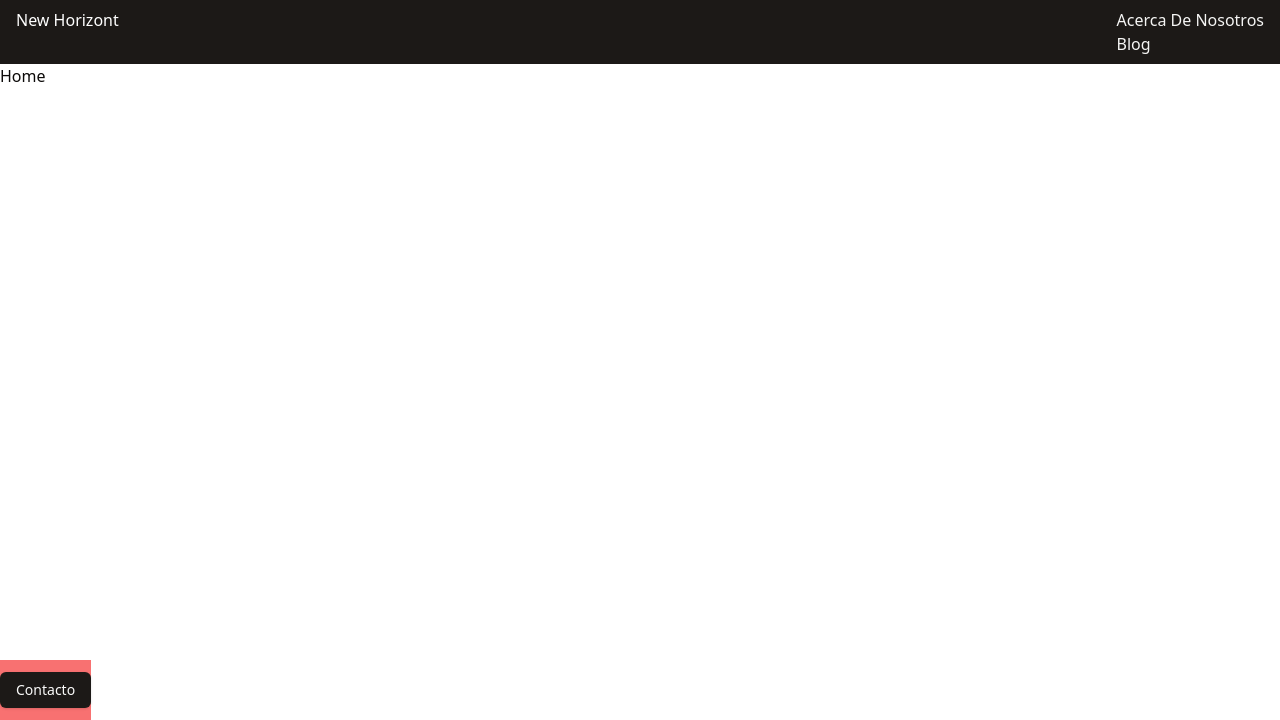
Repository: jefrydep/new-horizont-school
Page: /
These files come from the project's save history. The page is drawn as it stood at one moment and after a run of saves; the edit follows.
The browser window is 1280 px wide. The pictures show the whole page.
The project was rebuilt for these pictures with package versions that can differ from the ones it lists, and the page was loaded fresh each time. The framework's server and built-in components were replaced by stand-ins that run in the browser. Also part of the build but not shown: next.config.ts.

Above is the page before, as saved 2024-11-07 17:32:51.

### src/app/(new-horizont-school)/layout.tsx
// import type { Metadata } from "next";
// import localFont from "next/font/local";

import Navbar from "@/components/Navbar";

// const geistSans = localFont({
//   src: "./fonts/GeistVF.woff",
//   variable: "--font-geist-sans",
//   weight: "100 900",
// });
// const geistMono = localFont({
//   src: "./fonts/GeistMonoVF.woff",
//   variable: "--font-geist-mono",
//   weight: "100 900",
// });

// export const metadata: Metadata = {
//   title: "Create Next App",
//   description: "Generated by create next app",
// };

export default function SchoolLayout({
  children,
}: Readonly<{
  children: React.ReactNode;
}>) {
  return (
    <html lang="en">
      <body
      // className={`${geistSans.variable} ${geistMono.variable} antialiased`}
      >
        {children}
      </body>
    </html>
  );
}

### src/app/layout.tsx
import type { Metadata } from "next";
import localFont from "next/font/local";
import "./globals.css";
import Navbar from "@/components/Navbar";
import { Button } from "@/components/ui/button";

const geistSans = localFont({
  src: "./fonts/GeistVF.woff",
  variable: "--font-geist-sans",
  weight: "100 900",
});
const geistMono = localFont({
  src: "./fonts/GeistMonoVF.woff",
  variable: "--font-geist-mono",
  weight: "100 900",
});

export const metadata: Metadata = {
  title: "Create Next App",
  description: "Generated by create next app",
};

export default function RootLayout({
  children,
}: Readonly<{
  children: React.ReactNode;
}>) {
  return (
    <html lang="en">
      <body
        className={`   ${geistSans.variable} ${geistMono.variable} antialiased`}
      >
        <Navbar />
        {children}
        <div className=" bg-red-400 flex justify-center py-3 absolute bottom-0">
          <Button>Contacto</Button>
        </div>
        {/* <div className="absolute bg-red-400 bottom-0 left-1/2 transform -translate-x-1/2 mb-4">
          <Button>Contacto</Button>
        </div> */}
      </body>
    </html>
  );
}

### src/app/globals.css
@tailwind base;
@tailwind components;
@tailwind utilities;

/* :root {
  --background: #ffffff;
  --foreground: #171717;
}

@media (prefers-color-scheme: dark) {
  :root {
    --background: #0a0a0a;
    --foreground: #ededed;
  }
}

body {
  color: var(--foreground);
  background: var(--background);
  font-family: Arial, Helvetica, sans-serif;
} */
@layer base {
  :root {
    --background: 0 0% 100%;
    --foreground: 20 14.3% 4.1%;
    --card: 0 0% 100%;
    --card-foreground: 20 14.3% 4.1%;
    --popover: 0 0% 100%;
    --popover-foreground: 20 14.3% 4.1%;
    --primary: 24 9.8% 10%;
    --primary-foreground: 60 9.1% 97.8%;
    --secondary: 60 4.8% 95.9%;
    --secondary-foreground: 24 9.8% 10%;
    --muted: 60 4.8% 95.9%;
    --muted-foreground: 25 5.3% 44.7%;
    --accent: 60 4.8% 95.9%;
    --accent-foreground: 24 9.8% 10%;
    --destructive: 0 84.2% 60.2%;
    --destructive-foreground: 60 9.1% 97.8%;
    --border: 20 5.9% 90%;
    --input: 20 5.9% 90%;
    --ring: 20 14.3% 4.1%;
    --chart-1: 12 76% 61%;
    --chart-2: 173 58% 39%;
    --chart-3: 197 37% 24%;
    --chart-4: 43 74% 66%;
    --chart-5: 27 87% 67%;
    --radius: 0.5rem
  }
  .dark {
    --background: 20 14.3% 4.1%;
    --foreground: 60 9.1% 97.8%;
    --card: 20 14.3% 4.1%;
    --card-foreground: 60 9.1% 97.8%;
    --popover: 20 14.3% 4.1%;
    --popover-foreground: 60 9.1% 97.8%;
    --primary: 60 9.1% 97.8%;
    --primary-foreground: 24 9.8% 10%;
    --secondary: 12 6.5% 15.1%;
    --secondary-foreground: 60 9.1% 97.8%;
    --muted: 12 6.5% 15.1%;
    --muted-foreground: 24 5.4% 63.9%;
    --accent: 12 6.5% 15.1%;
    --accent-foreground: 60 9.1% 97.8%;
    --destructive: 0 62.8% 30.6%;
    --destructive-foreground: 60 9.1% 97.8%;
    --border: 12 6.5% 15.1%;
    --input: 12 6.5% 15.1%;
    --ring: 24 5.7% 82.9%;
    --chart-1: 220 70% 50%;
    --chart-2: 160 60% 45%;
    --chart-3: 30 80% 55%;
    --chart-4: 280 65% 60%;
    --chart-5: 340 75% 55%
  }
}
@layer base {
  * {
    @apply border-border;
  }
  body {
    @apply bg-background text-foreground;
  }
}

### src/components/Navbar.tsx
import { Menu } from "lucide-react";
import Link from "next/link";

export default function Navbar() {
  return (
    <header className="bg-primary h-16">
      <div className="flex justify-between m-auto      container px-4 py-2  ">
        <div className="text-white">New Horizont</div>
        <nav className="outline-none hidden sm:block list-none">
          <li className="text-secondary">
            <Link href={"/about"}>Acerca De Nosotros</Link>
          </li>
          <li className="text-secondary">
            <Link href={"/blog"}>Blog</Link>
          </li>
        </nav>
        <div className="  sm:hidden">
          <Menu color="white" size={45} />
        </div>
        {/* <li className="text-secondary">
            <Link href={"/about"}>About</Link>
          </li> */}
      </div>
    </header>
  );
}

### src/components/ui/button.tsx
import * as React from "react"
import { Slot } from "@radix-ui/react-slot"
import { cva, type VariantProps } from "class-variance-authority"

import { cn } from "@/lib/utils"

const buttonVariants = cva(
  "inline-flex items-center justify-center gap-2 whitespace-nowrap rounded-md text-sm font-medium transition-colors focus-visible:outline-none focus-visible:ring-1 focus-visible:ring-ring disabled:pointer-events-none disabled:opacity-50 [&_svg]:pointer-events-none [&_svg]:size-4 [&_svg]:shrink-0",
  {
    variants: {
      variant: {
        default:
          "bg-primary text-primary-foreground shadow hover:bg-primary/90",
        destructive:
          "bg-destructive text-destructive-foreground shadow-sm hover:bg-destructive/90",
        outline:
          "border border-input bg-background shadow-sm hover:bg-accent hover:text-accent-foreground",
        secondary:
          "bg-secondary text-secondary-foreground shadow-sm hover:bg-secondary/80",
        ghost: "hover:bg-accent hover:text-accent-foreground",
        link: "text-primary underline-offset-4 hover:underline",
      },
      size: {
        default: "h-9 px-4 py-2",
        sm: "h-8 rounded-md px-3 text-xs",
        lg: "h-10 rounded-md px-8",
        icon: "h-9 w-9",
      },
    },
    defaultVariants: {
      variant: "default",
      size: "default",
    },
  }
)

export interface ButtonProps
  extends React.ButtonHTMLAttributes<HTMLButtonElement>,
    VariantProps<typeof buttonVariants> {
  asChild?: boolean
}

const Button = React.forwardRef<HTMLButtonElement, ButtonProps>(
  ({ className, variant, size, asChild = false, ...props }, ref) => {
    const Comp = asChild ? Slot : "button"
    return (
      <Comp
        className={cn(buttonVariants({ variant, size, className }))}
        ref={ref}
        {...props}
      />
    )
  }
)
Button.displayName = "Button"

export { Button, buttonVariants }

Loaded but not shown: src/app/(new-horizont-school)/page.tsx (common file); src/lib/utils.ts (common file); tailwind.config.ts (common file)

After the next 2 saves:
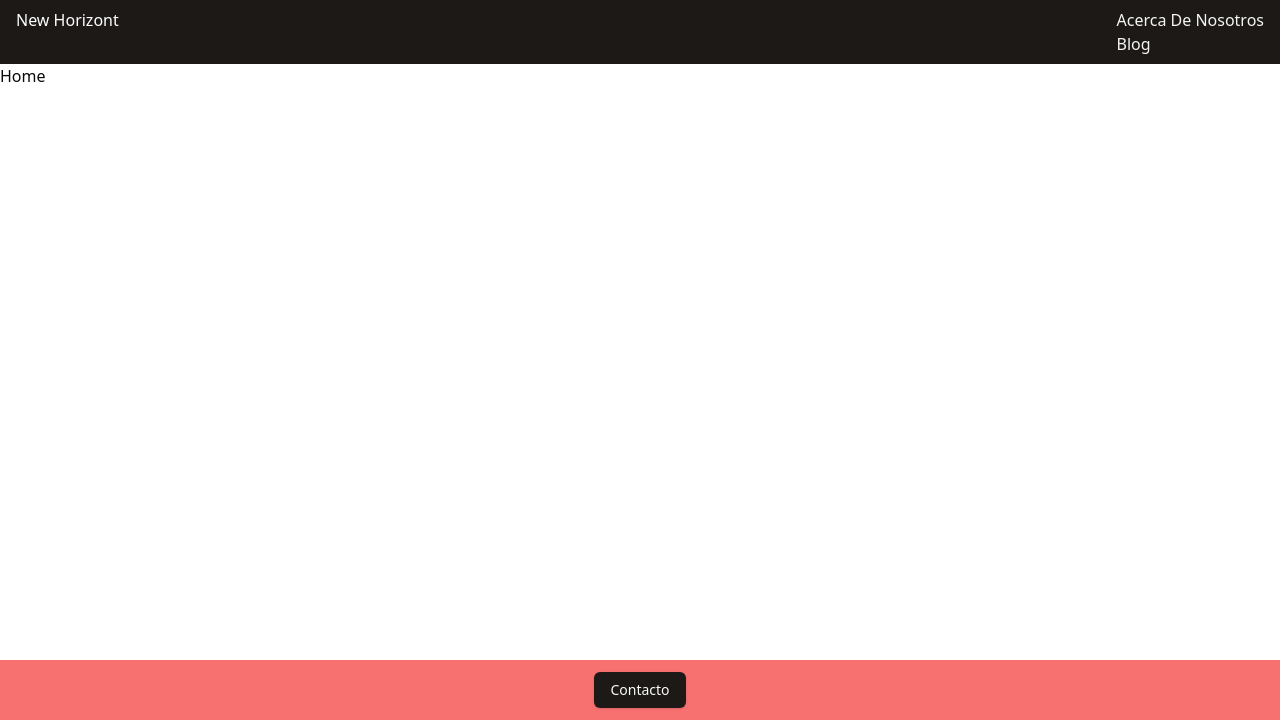
The 2 saves are shown as one change because they came seconds apart.
The last was saved 10 s later.
--- a/src/app/layout.tsx
+++ b/src/app/layout.tsx
@@ -32,7 +32,7 @@ export default function RootLayout({
       >
         <Navbar />
         {children}
-        <div className=" bg-red-400 flex justify-center py-3 absolute bottom-0">
+        <div className=" bg-red-400 flex justify-center py-3 absolute bottom-0 right-0 left-0">
           <Button>Contacto</Button>
         </div>
         {/* <div className="absolute bg-red-400 bottom-0 left-1/2 transform -translate-x-1/2 mb-4">
